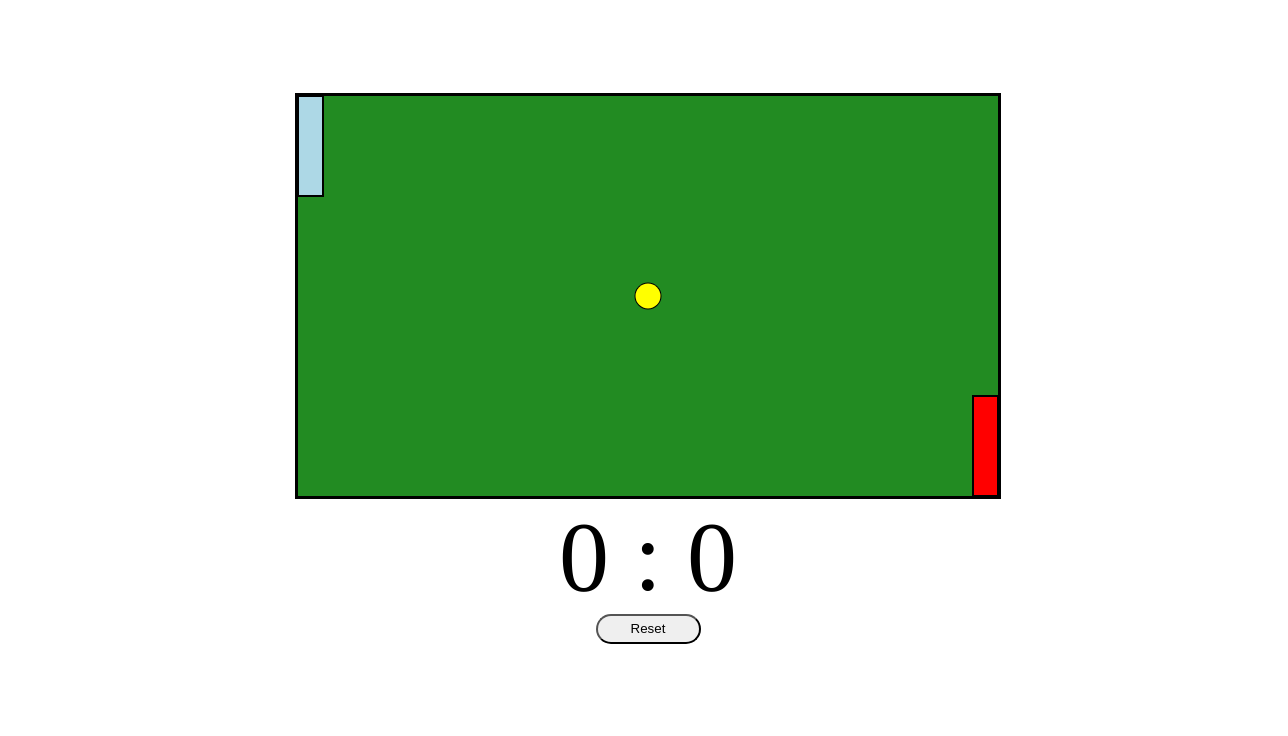
Repository: zacheys123/ping-pong
Page: index.html
An editor plug-in stored every save of this project. The page is shown before and after the next save, followed by the edit.
The browser window is 1280 px wide. The page is 1288 px wide, so the pictures cover 1288 px, including what lies to the right of the window. The pictures show the whole page.

Above is the page before, as saved 2023-07-01 00:06:23.

After the next save:
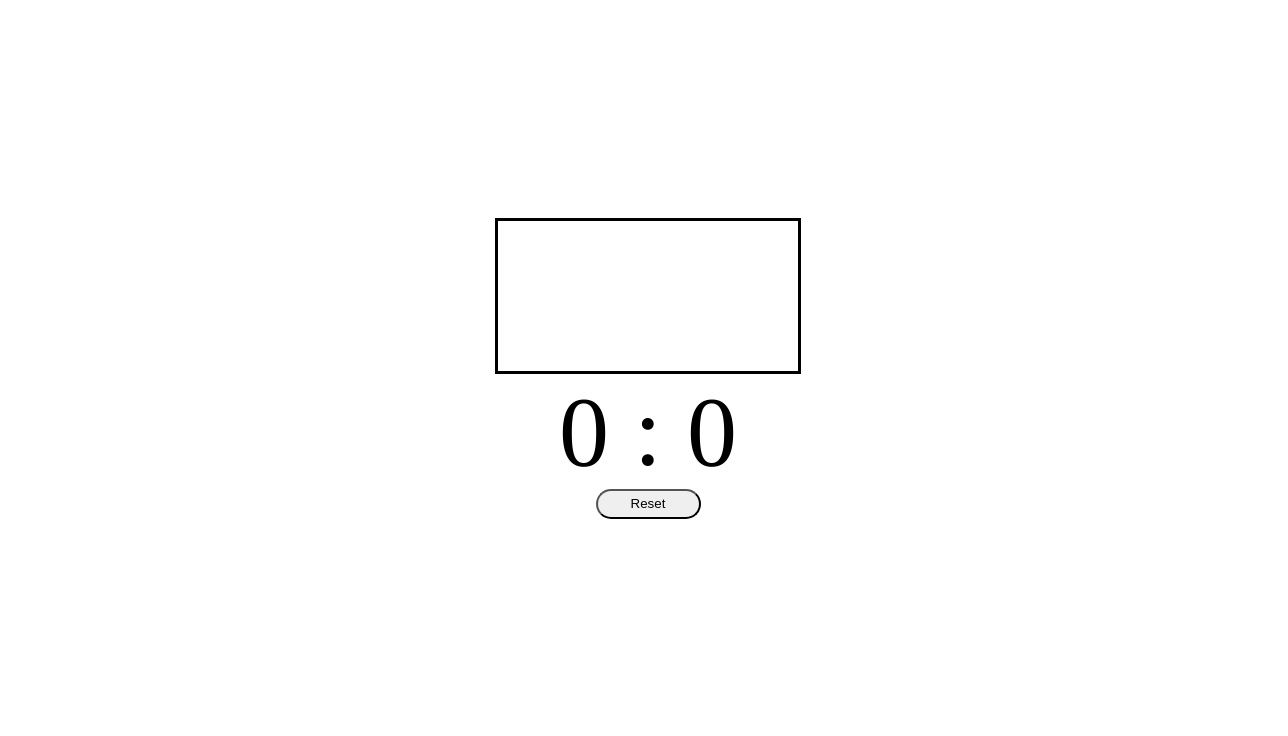
Console error: SyntaxError: Unexpected token '{'
Saved 99 s later.
--- a/index.js
+++ b/index.js
@@ -88,7 +88,12 @@ function changeDirections(event) {
 			break;
 	}
 }
-function createBall() {}
+function createBall() {
+    ballspeed=1
+    if(Math.round(math.random() ===1){
+        ballXdirection=1
+    })
+}
 function moveBall() {}
 function checkCollision() {}
 function drawPaddles() {
